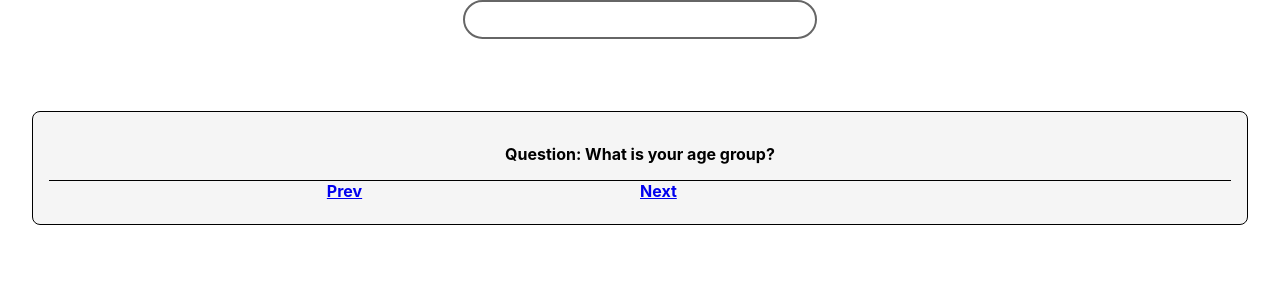
Repository: TheRungtaLibrary/survey
Page: /steps/4
The author's editor kept a copy of each file at every save. The page is drawn from the files as they stood at one save, then again after the next save.
The browser window is 1280 px wide. The pictures show the whole page.
The project was rebuilt for these pictures with package versions that can differ from the ones it lists, and the page was loaded fresh each time. Also part of the build but not shown: src/App.css, src/components/Steps/Intro/Intro.js, src/components/Steps/Step1/Step1.js, src/components/Steps/Step2/Step2.js, src/components/Steps/Step3/Step3.js, src/components/Steps/Summary/Summary.scss, src/components/Steps/Summary/Summary.js.

Above is the page before, as saved 2020-03-19 19:56:37.

After the next save:
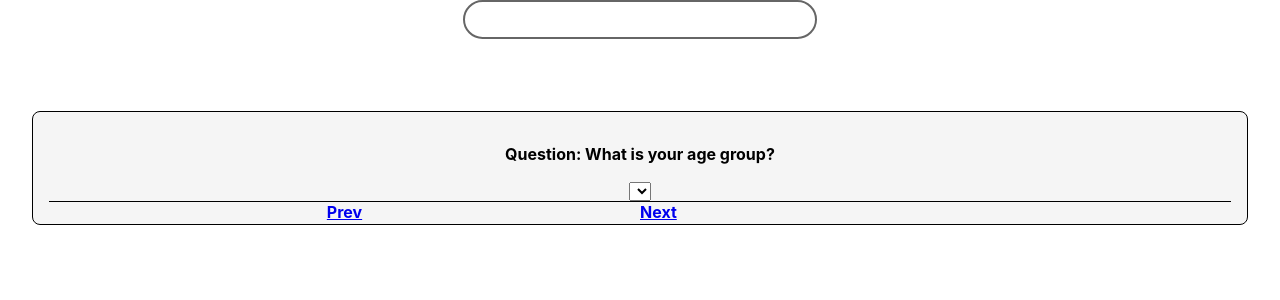
Saved 26 s later.
--- a/src/components/Steps/Step4/Step4.js
+++ b/src/components/Steps/Step4/Step4.js
@@ -34,7 +34,9 @@ const Step4 = () => {
       <form onSubmit={onSubmit} className="input-container panel">
         <p>Question: What is your age group?</p>
         <div>
+          <select>
 
+          </select>
         </div>
         <div className="nav-footer">
           <div>
